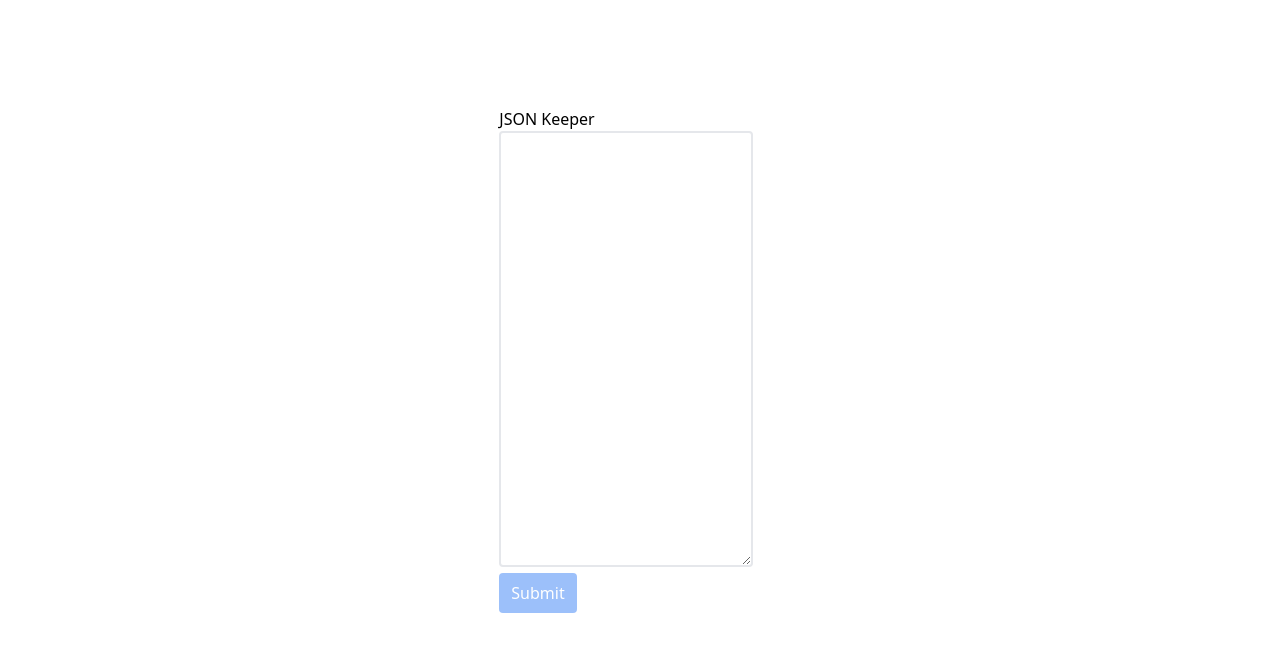
Repository: lakshithapramodya/jsonhub
Page: / (app in client/)
These files come from the project's save history. The page is drawn as it stood at one moment and after the next save; the edit follows.
The browser window is 1280 px wide. The pictures show the whole page.
The page's requests for data from a server got no answer. The project was rebuilt for these pictures with package versions that can differ from the ones it lists, and the page was loaded fresh each time. No one was signed in, and anything a server would have sent is missing. Also part of the build but not shown: client/src/HandleJsonData.js.

Above is the page before, as saved 2023-05-10 12:11:14.

### client/src/index.js
import React from "react";
import ReactDOM from "react-dom/client";
import "./index.css";
import App from "./App";
import { BrowserRouter, Route, Routes } from "react-router-dom";
import HandleJsonData from "./HandleJsonData";

const root = ReactDOM.createRoot(document.getElementById("root"));
root.render(
  <React.StrictMode>
    <BrowserRouter>
      <Routes>
        <Route path="/" element={<App />} />
        <Route path=":url" element={<HandleJsonData />} />
      </Routes>
    </BrowserRouter>
  </React.StrictMode>
);

### client/src/App.js
import { useState } from "react";
import { SERVER_ENDPOINT } from "./config/Default";
import axios from "axios";

function App() {
  const [input, setInput] = useState([]);
  const [url, setUrl] = useState("");

  const sendRequest = async () => {
    const res = await axios
      .post(`${SERVER_ENDPOINT}/api/json`, {
        text: input,
      })
      .then()
      .catch((err) => console.log(err));
    const data = res.data;
    return data;
  };

  const handleSubmit = (e) => {
    e.preventDefault();
    sendRequest().then((res) => {
      console.log(res.url);
      res && setInput([]);
      setUrl(res.url);
    });
  };

  function isJsonString(str) {
    try {
      JSON.parse(str);
    } catch (e) {
      return false;
    }
    return true;
  }

  return (
    <div className="min-w-full min-h-screen flex flex-col">
      {url && (
        <a href={`${SERVER_ENDPOINT}/${url}`}>{`${SERVER_ENDPOINT}/${url}`}</a>
      )}
      <div className="flex flex-col m-auto w-full md:w-1/2 items-center justify-center">
        <form
          onSubmit={handleSubmit}
          className="flex flex-col items-center justify-center w-full space-y-2"
        >
          <div>
            <h1 className="">JSON Keeper</h1>
            <textarea
              onChange={(e) => setInput(e.target.value)}
              value={input}
              rows={18}
              className="border-2 w-[90%] rounded"
            />
            <button
              className="bg-blue-500 p-2 px-3 rounded text-white disabled:opacity-50"
              disabled={!isJsonString(input)}
              type="submit"
            >
              Submit
            </button>
          </div>
        </form>
      </div>
    </div>
  );
}

export default App;

### client/src/config/Default.js
export const SERVER_ENDPOINT =
  process.env.REACT_APP_SERVER_ENDPOINT || "http://localhost:5000";

Loaded but not shown: client/public/index.html (common file); client/src/index.css (common file); client/tailwind.config.js (common file)

After the next save:
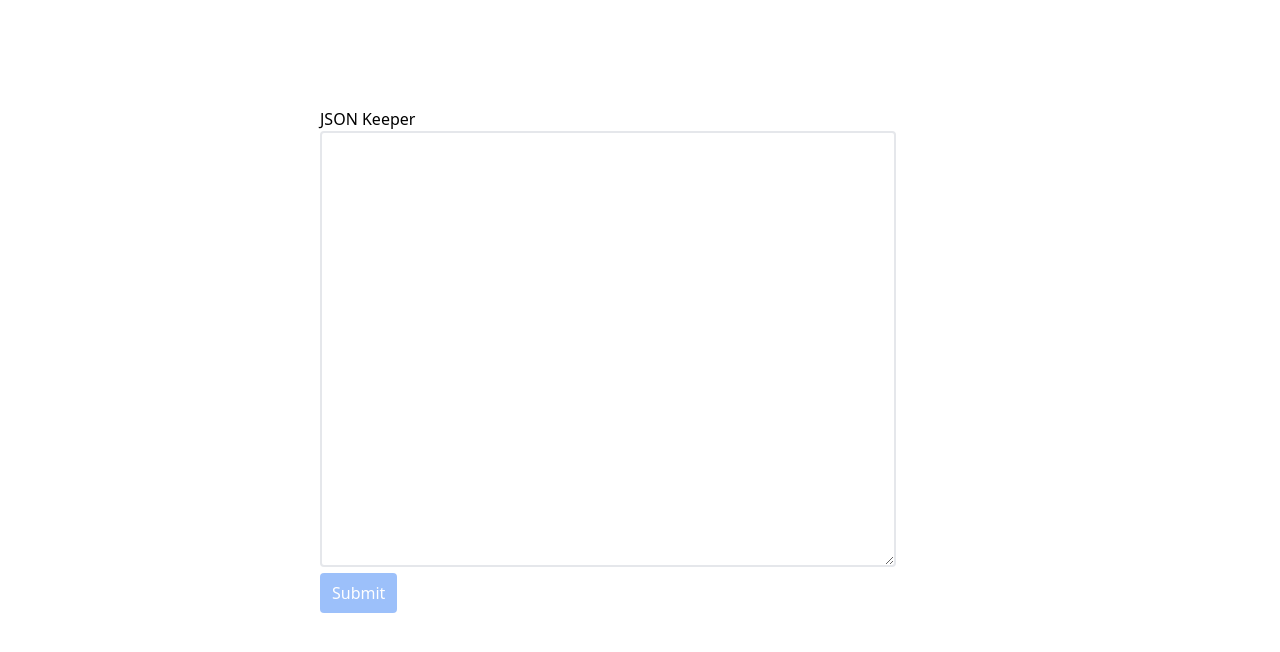
Saved 9 s later.
--- a/client/src/App.js
+++ b/client/src/App.js
@@ -45,7 +45,7 @@
           onSubmit={handleSubmit}
           className="flex flex-col items-center justify-center w-full space-y-2"
         >
-          <div>
+          <div className="w-full">
             <h1 className="">JSON Keeper</h1>
             <textarea
               onChange={(e) => setInput(e.target.value)}

After the save that followed:
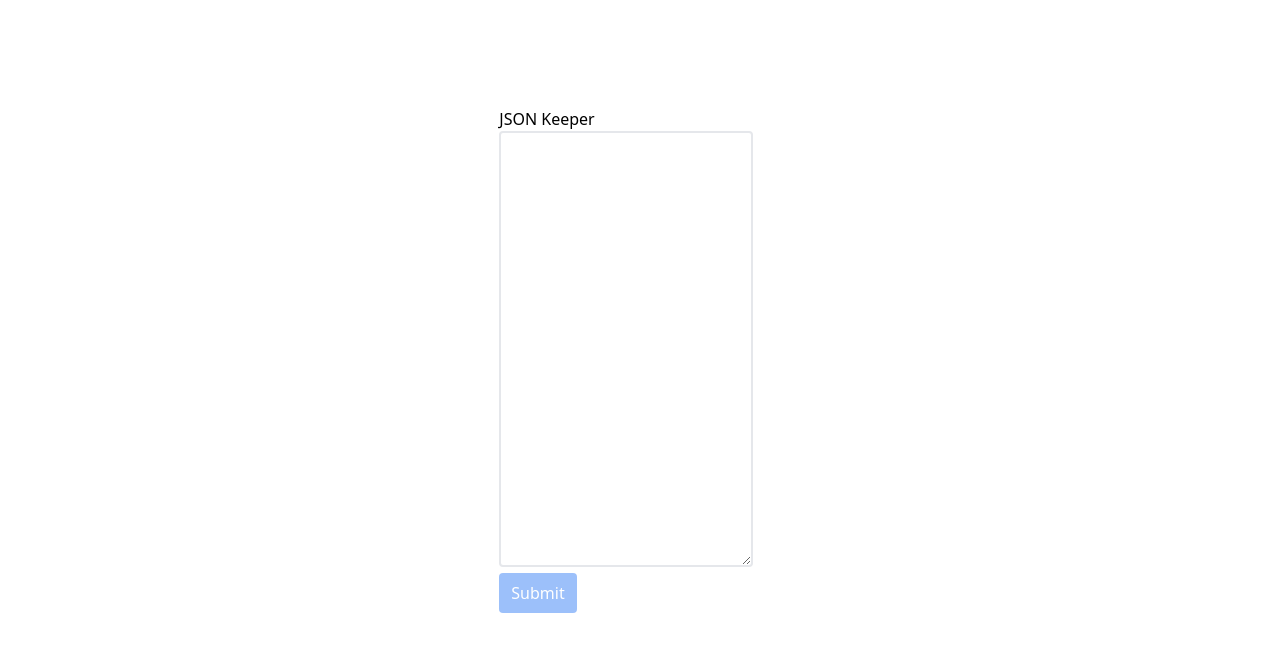
Saved 49 s later.
--- a/client/src/App.js
+++ b/client/src/App.js
@@ -45,7 +45,7 @@
           onSubmit={handleSubmit}
           className="flex flex-col items-center justify-center w-full space-y-2"
         >
-          <div className="w-full">
+          <div className="">
             <h1 className="">JSON Keeper</h1>
             <textarea
               onChange={(e) => setInput(e.target.value)}
